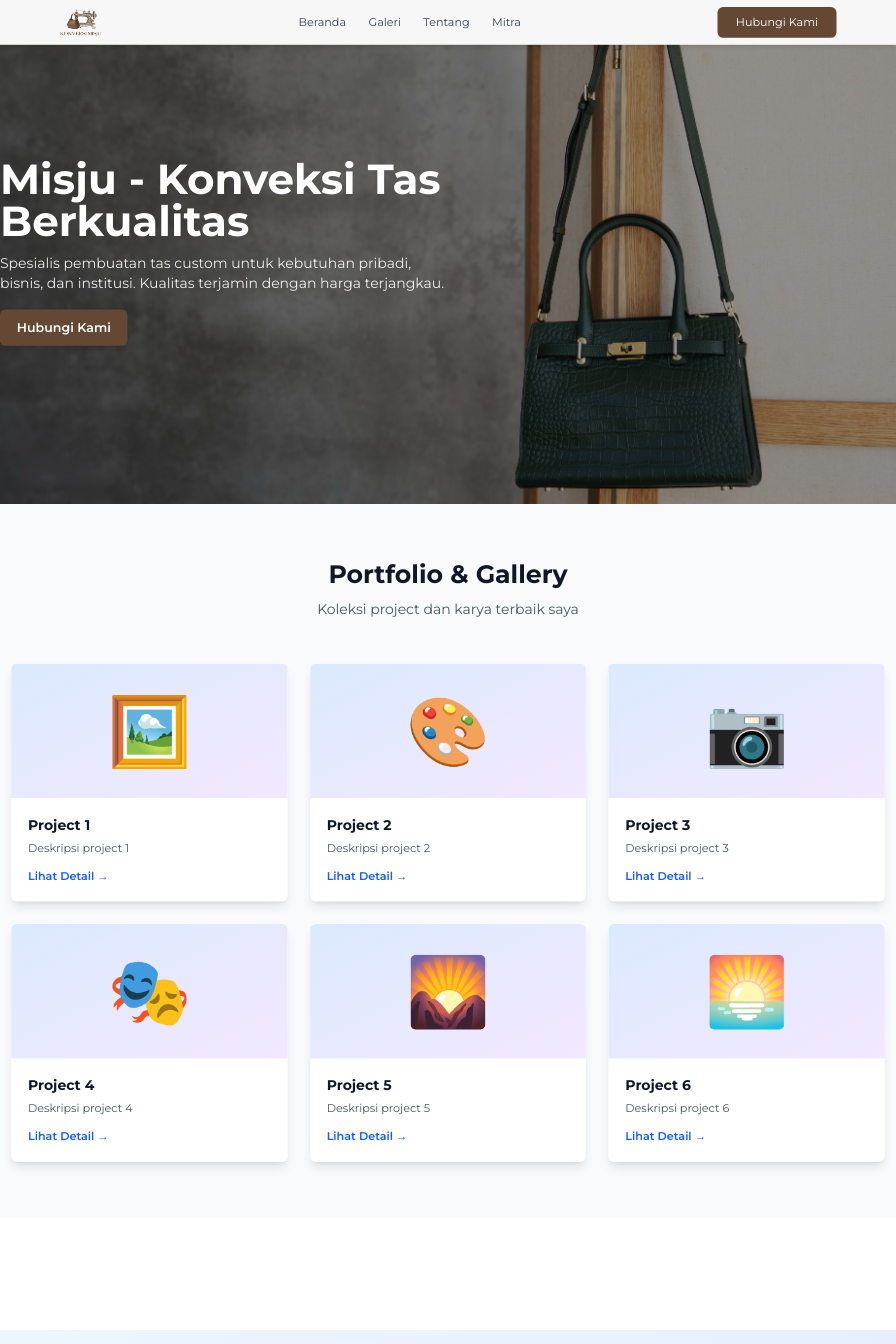
Repository: faridfirdaus-fred/konveksi_misju
Page: /
An editor plug-in stored every save of this project. The page is shown before and after a run of saves, followed by the edit.
The browser window is 1280 px wide. The pictures show the part of the page from y = 0 to 1920 px (the page is 3133 px tall), at 70% of full size.
The project was rebuilt for these pictures with package versions that can differ from the ones it lists, and the page was loaded fresh each time. Also part of the build but not shown: vite.config.js.

Above is the page before, as saved 2026-01-08 20:46:52.

### index.html
<!doctype html>
<html lang="en">
  <head>
    <meta charset="UTF-8" />
    <link rel="icon" type="image/svg+xml" href="/vite.svg" />
    <meta name="viewport" content="width=device-width, initial-scale=1.0" />
    <link rel="preconnect" href="https://fonts.googleapis.com">
    <link rel="preconnect" href="https://fonts.gstatic.com" crossorigin>
    <link href="https://fonts.googleapis.com/css2?family=Montserrat:wght@300;400;500;600;700;800&display=swap" rel="stylesheet">
    <title>portfolio_misju</title>
  </head>
  <body>
    <div id="root"></div>
    <script type="module" src="/src/main.jsx"></script>
  </body>
</html>

### src/index.css
@import "tailwindcss";

@theme {
  --color-primary: #654834;
  --color-secondary: #F7F7F7;
}

### src/App.jsx
import './App.css'
import Navbar from './components/Navbar'
import Hero from './components/Hero'
import Partners from './components/Partners'
import Gallery from './components/Gallery'
import About from './components/About'
import Footer from './components/Footer'
import Hero_Bottom from './components/Hero_Bottom'

function App() {
  return (
    <div className="min-h-screen bg-gray-50">
      <Navbar />
      <Hero />
      <Gallery />
      <About />
      <Hero_Bottom />
      <Partners />
      <Footer />
    </div>
  )
}

export default App

### src/App.css
/* Custom styles for portfolio */
html {
  scroll-behavior: smooth;
}

body {
  font-family: "Montserrat", sans-serif;
  font-optical-sizing: auto;
}

### src/components/Navbar.jsx
import { useState } from 'react'
import logo from '../assets/logo.webp'

function Navbar() {
    const [isMobileMenuOpen, setIsMobileMenuOpen] = useState(false)

    const scrollToSection = (id) => {
        const element = document.getElementById(id)
        if (element) {
            element.scrollIntoView({ behavior: 'smooth' })
        }
        setIsMobileMenuOpen(false)
    }

    return (
        <nav className="fixed top-0 left-0 right-0 bg-secondary shadow-md z-50">
            <div className="w-11/12 md:11/12 mx-auto px-4 sm:px-6 lg:px-8">
                <div className="flex justify-between items-center h-16">
                    {/* Logo - Kiri */}
                    <div className="shrink-0">
                        <a href="#home" className="flex items-center">
                            <img src={logo} alt="MyPortfolio Logo" className="h-10 w-auto" />
                        </a>
                    </div>

                    {/* Navigation - Tengah (Desktop) */}
                    <div className="hidden md:flex space-x-8">
                        <button onClick={() => scrollToSection('home')} className="text-gray-700 hover:text-primary transition">
                            Beranda
                        </button>

                        <button onClick={() => scrollToSection('gallery')} className="text-gray-700 hover:text-primary transition">
                            Galeri
                        </button>
                        <button onClick={() => scrollToSection('about')} className="text-gray-700 hover:text-primary transition">
                            Tentang
                        </button>
                         <button onClick={() => scrollToSection('partners')} className="text-gray-700 hover:text-primary transition">
                            Mitra
                        </button>
                    </div>

                    {/* Contact Button - Kanan */}
                    <div className="hidden md:block">
                        <a
                            href="https://wa.me/6285318217545"
                            target="_blank"
                            rel="noopener noreferrer"
                            className="inline-block bg-primary text-white px-6 py-2 rounded-lg transition hover:bg-secondary hover:text-primary border-2 border-primary"
                        >
                            Hubungi Kami
                        </a>
                    </div>

                    {/* Mobile menu button */}
                    <div className="md:hidden">
                        <button
                            onClick={() => setIsMobileMenuOpen(!isMobileMenuOpen)}
                            className="text-gray-700 hover:text-blue-600"
                        >
                            <svg className="h-6 w-6" fill="none" viewBox="0 0 24 24" stroke="currentColor">
                                <path strokeLinecap="round" strokeLinejoin="round" strokeWidth={2} d={isMobileMenuOpen ? "M6 18L18 6M6 6l12 12" : "M4 6h16M4 12h16M4 18h16"} />
                            </svg>
                        </button>
                    </div>
                </div>
            </div>

            {/* Mobile menu */}
            {isMobileMenuOpen && (
                <div className="md:hidden bg-white border-t">
                    <div className="px-2 pt-2 pb-3 space-y-1">
                        <button onClick={() => scrollToSection('home')} className="block w-full text-left px-3 py-2 text-gray-700 hover:bg-gray-100">
                            Beranda
                        </button>
                        <button onClick={() => scrollToSection('partners')} className="block w-full text-left px-3 py-2 text-gray-700 hover:bg-gray-100">
                            Mitra
                        </button>
                        <button onClick={() => scrollToSection('gallery')} className="block w-full text-left px-3 py-2 text-gray-700 hover:bg-gray-100">
                            Galeri
                        </button>
                        <button onClick={() => scrollToSection('about')} className="block w-full text-left px-3 py-2 text-gray-700 hover:bg-gray-100">
                            Tentang
                        </button>
                        <a
                            href="https://wa.me/6285318217545"
                            target="_blank"
                            rel="noopener noreferrer"
                            className="block w-full text-center px-3 py-2 bg-blue-600 text-white hover:bg-blue-700 rounded"
                        >
                            Kontak
                        </a>
                    </div>
                </div>
            )}
        </nav>
    )
}

export default Navbar

### src/components/Hero.jsx
import hero from '../assets/hero.webp'

function Hero() {

  return (
    <section
      id="home"
      className="min-h-screen w-full flex items-center relative bg-cover bg-center bg-no-repeat"
      style={{
        backgroundImage: `url(${hero})`
      }}
    >
      {/* Overlay */}
      <div className="absolute inset-0 bg-black/40"></div>

      {/* Content */}
      <div className="relative z-10 w-full mx-auto">
        <div className="w-6/12">
          <h1 className="text-4xl md:text-6xl font-bold text-white mb-4">
            Misju - Konveksi Tas Berkualitas
          </h1>
          <p className="text-lg md:text-xl text-white/90 mb-6">
            Spesialis pembuatan tas custom untuk kebutuhan pribadi, bisnis, dan institusi. Kualitas terjamin dengan harga terjangkau.
          </p>
          <div className="flex flex-wrap gap-4">
            <a
              href="https://wa.me/6285318217545"
              target="_blank"
              rel="noopener noreferrer"
              className="bg-primary text-white px-6 py-3 rounded-lg text-lg font-semibold hover:bg-secondary hover:text-primary transition shadow-lg"
            >
              Hubungi Kami
            </a>
          </div>
        </div>
        <div className='w-6/12'></div>
      </div>
    </section>
  )
}

export default Hero

### src/components/Partners.jsx
function Partners() {
  const partners = [
    { id: 1, name: 'Company 1', logo: '🏢' },
    { id: 2, name: 'Company 2', logo: '🏭' },
    { id: 3, name: 'Company 3', logo: '🏪' },
    { id: 4, name: 'Company 4', logo: '🏛️' },
    { id: 5, name: 'Company 5', logo: '🏦' },
  ]

  return (
    <section id="partners" className="py-20 px-4 bg-white">
      <div className="max-w-7xl mx-auto">
        <div className="text-center mb-16">
          <h2 className="text-4xl font-bold text-gray-900 mb-4">
            Perusahaan yang Telah Bekerja Sama
          </h2>
          <p className="text-xl text-gray-600">
            Dipercaya oleh berbagai perusahaan terkemuka
          </p>
        </div>
        <div className="grid grid-cols-2 md:grid-cols-3 lg:grid-cols-5 gap-8">
          {partners.map((partner) => (
            <div key={partner.id} className="flex flex-col items-center justify-center p-6 bg-gray-50 rounded-lg hover:shadow-lg transition">
              <div className="text-6xl mb-4">{partner.logo}</div>
              <p className="text-gray-700 font-semibold">{partner.name}</p>
            </div>
          ))}
        </div>
      </div>
    </section>
  )
}

export default Partners

### src/components/Gallery.jsx
function Gallery() {
  const galleryItems = [
    { id: 1, title: 'Project 1', image: '🖼️', description: 'Deskripsi project 1' },
    { id: 2, title: 'Project 2', image: '🎨', description: 'Deskripsi project 2' },
    { id: 3, title: 'Project 3', image: '📷', description: 'Deskripsi project 3' },
    { id: 4, title: 'Project 4', image: '🎭', description: 'Deskripsi project 4' },
    { id: 5, title: 'Project 5', image: '🌄', description: 'Deskripsi project 5' },
    { id: 6, title: 'Project 6', image: '🌅', description: 'Deskripsi project 6' },
  ]

  return (
    <section id="gallery" className="py-20 px-4 bg-gray-50">
      <div className="max-w-7xl mx-auto">
        <div className="text-center mb-16">
          <h2 className="text-4xl font-bold text-gray-900 mb-4">
            Portfolio & Gallery
          </h2>
          <p className="text-xl text-gray-600">
            Koleksi project dan karya terbaik saya
          </p>
        </div>
        <div className="grid grid-cols-1 md:grid-cols-2 lg:grid-cols-3 gap-8">
          {galleryItems.map((item) => (
            <div key={item.id} className="bg-white rounded-lg overflow-hidden shadow-lg hover:shadow-xl transition">
              <div className="h-48 bg-gradient-to-br from-blue-100 to-purple-100 flex items-center justify-center text-8xl">
                {item.image}
              </div>
              <div className="p-6">
                <h3 className="text-xl font-bold text-gray-900 mb-2">{item.title}</h3>
                <p className="text-gray-600">{item.description}</p>
                <button className="mt-4 text-blue-600 font-semibold hover:text-blue-700">
                  Lihat Detail →
                </button>
              </div>
            </div>
          ))}
        </div>
      </div>
    </section>
  )
}

export default Gallery

### src/components/About.jsx
function About() {
  return (
    <section id="about" className="py-20 px-4 bg-white ">
      <div className="max-w-7xl mx-auto">

      </div>
    </section>
  )
}

export default About

### src/components/Footer.jsx
function Footer() {
  const scrollToSection = (id) => {
    const element = document.getElementById(id)
    if (element) {
      element.scrollIntoView({ behavior: 'smooth' })
    }
  }

  return (
    <footer id="footer" className="bg-primary text-white py-12 px-4">
      <div className="max-w-7xl mx-auto">
        <div className="grid grid-cols-1 md:grid-cols-3 gap-8 mb-8">
          {/* About */}
          <div>
            <h3 className="text-2xl font-bold mb-4">MyPortfolio</h3>
            <p className="text-gray-400">
              Menciptakan solusi digital yang inovatif dan berkualitas untuk kesuksesan bisnis Anda
            </p>
          </div>

          {/* Quick Links */}
          <div>
            <h3 className="text-xl font-bold mb-4">Quick Links</h3>
            <ul className="space-y-2">
              <li>
                <button onClick={() => scrollToSection('home')} className="text-gray-400 hover:text-white transition">
                  Home
                </button>
              </li>
              <li>
                <button onClick={() => scrollToSection('partners')} className="text-gray-400 hover:text-white transition">
                  Partners
                </button>
              </li>
              <li>
                <button onClick={() => scrollToSection('gallery')} className="text-gray-400 hover:text-white transition">
                  Gallery
                </button>
              </li>
              <li>
                <button onClick={() => scrollToSection('about')} className="text-gray-400 hover:text-white transition">
                  About
                </button>
              </li>
            </ul>
          </div>

          {/* Contact */}
          <div>
            <h3 className="text-xl font-bold mb-4">Contact</h3>
            <ul className="space-y-2 text-gray-400">
              <li>📧 email@example.com</li>
              <li>📱 +62 123 4567 8900</li>
              <li>📍 Jakarta, Indonesia</li>
            </ul>
            <div className="flex gap-4 mt-4">
              <a href="#" className="text-2xl hover:text-blue-400 transition">🔗</a>
              <a href="#" className="text-2xl hover:text-blue-400 transition">💼</a>
              <a href="#" className="text-2xl hover:text-blue-400 transition">📸</a>
            </div>
          </div>
        </div>

        <div className="border-t border-gray-800 pt-8 text-center text-gray-400">
          <p>&copy; 2026 MyPortfolio. All rights reserved.</p>
        </div>
      </div>
    </footer>
  )
}

export default Footer

### src/components/Hero_Bottom.jsx
function Hero_Bottom() {
  const scrollToSection = (id) => {
    const element = document.getElementById(id)
    if (element) {
      element.scrollIntoView({ behavior: 'smooth' })
    }
  }

  return (
    <section id="home" className="pt-24 pb-20 px-4 bg-gradient-to-br from-blue-50 to-indigo-100">
      <div className="max-w-7xl mx-auto">
        <div className="text-center">
          <h1 className="text-5xl md:text-6xl font-bold text-gray-900 mb-6">
            Selamat Datang di Portfolio Saya
          </h1>
          <p className="text-xl md:text-2xl text-gray-600 mb-8 max-w-3xl mx-auto">
            Saya adalah seorang profesional yang berpengalaman dalam menciptakan solusi digital yang inovatif dan berkualitas tinggi
          </p>
          <div className="flex justify-center gap-4">
            <button onClick={() => scrollToSection('gallery')} className="bg-blue-600 text-white px-8 py-3 rounded-lg text-lg font-semibold hover:bg-blue-700 transition">
              Lihat Portfolio
            </button>
            <button onClick={() => scrollToSection('footer')} className="bg-white text-blue-600 px-8 py-3 rounded-lg text-lg font-semibold border-2 border-blue-600 hover:bg-blue-50 transition">
              Hubungi Saya
            </button>
          </div>
        </div>
      </div>
    </section>
  )
}

export default Hero_Bottom

Loaded but not shown: src/main.jsx (common file)

After the next 2 saves:
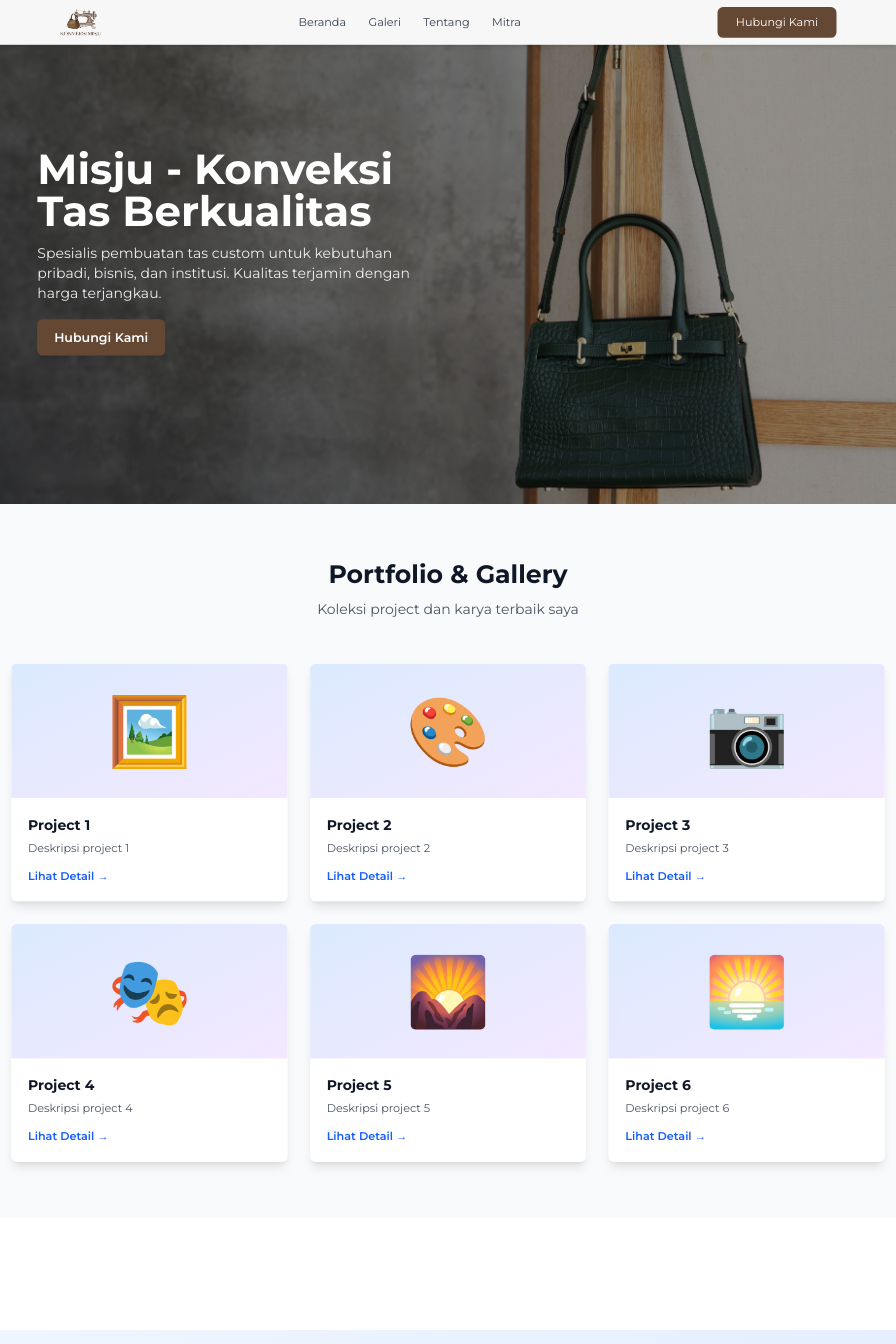
The 2 saves are shown as one change because they came seconds apart.
The last was saved 11 s later.
--- a/src/components/Hero.jsx
+++ b/src/components/Hero.jsx
@@ -14,7 +14,7 @@
       <div className="absolute inset-0 bg-black/40"></div>
 
       {/* Content */}
-      <div className="relative z-10 w-full mx-auto">
+      <div className="relative z-10 w-11/12 mx-auto">
         <div className="w-6/12">
           <h1 className="text-4xl md:text-6xl font-bold text-white mb-4">
             Misju - Konveksi Tas Berkualitas
